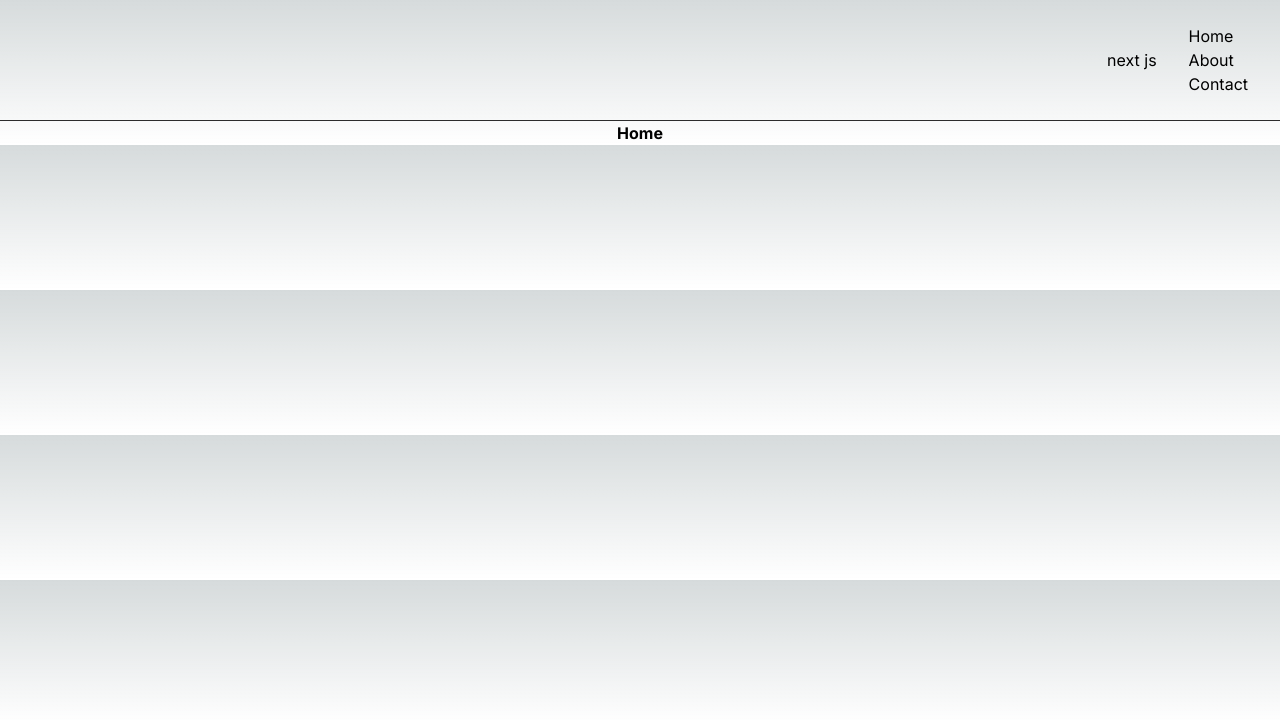
Repository: VilokMasuti/Nextjs-practice
Page: /
The author's editor kept a copy of each file at every save. The page is drawn from the files as they stood at one save, then again after the next save.
The browser window is 1280 px wide. The pictures show the whole page.
The project was rebuilt for these pictures with package versions that can differ from the ones it lists, and the page was loaded fresh each time. The framework's server and built-in components were replaced by stand-ins that run in the browser. Also part of the build but not shown: next.config.mjs.

Above is the page before, as saved 2024-03-02 12:21:45.

After the next save:
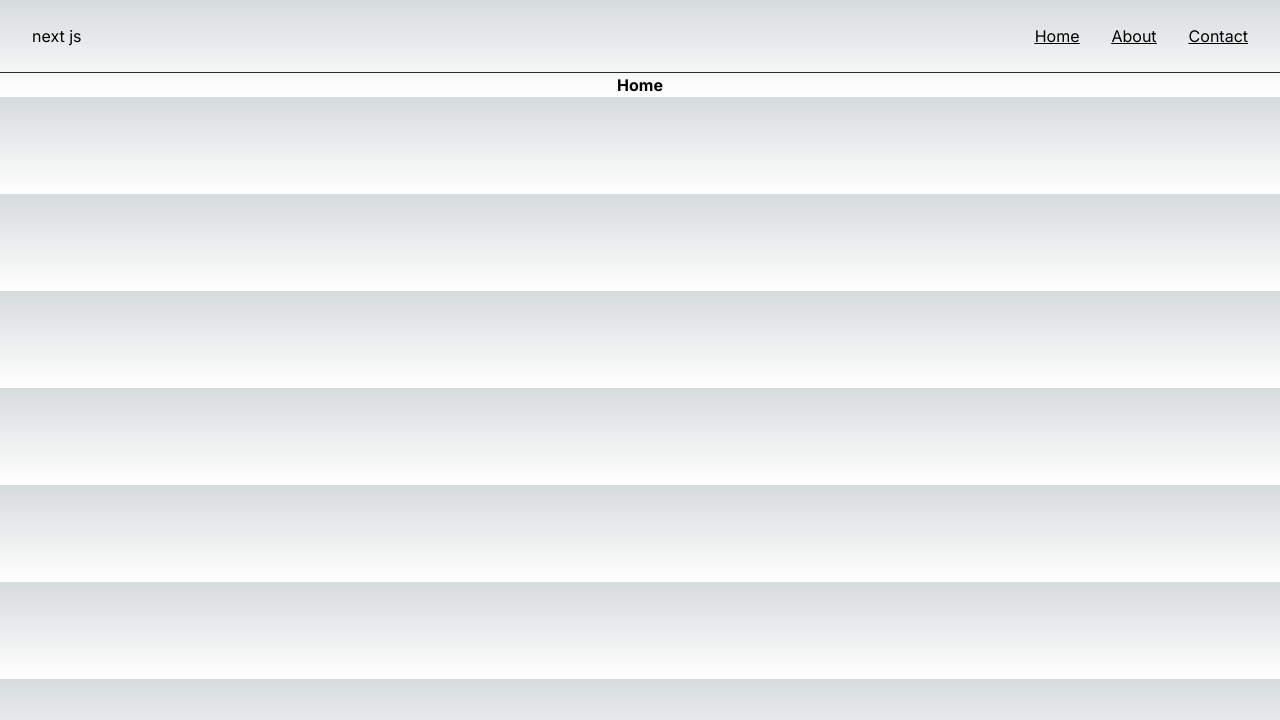
Saved 81 s later.
--- a/components/Navbar.tsx
+++ b/components/Navbar.tsx
@@ -6,7 +6,7 @@ const Navbar = () => {
     <header className={styles.nav}>
       <nav className={styles.links}>
         <p> next js</p>
-        <ul>
+        <u className={styles.links}>
           <Link href="/">
             <li> Home </li>
           </Link>
@@ -16,7 +16,7 @@ const Navbar = () => {
           <Link href="/contact">
             <li> Contact</li>
           </Link>
-        </ul>
+        </u>
       </nav>
     </header>
   );
